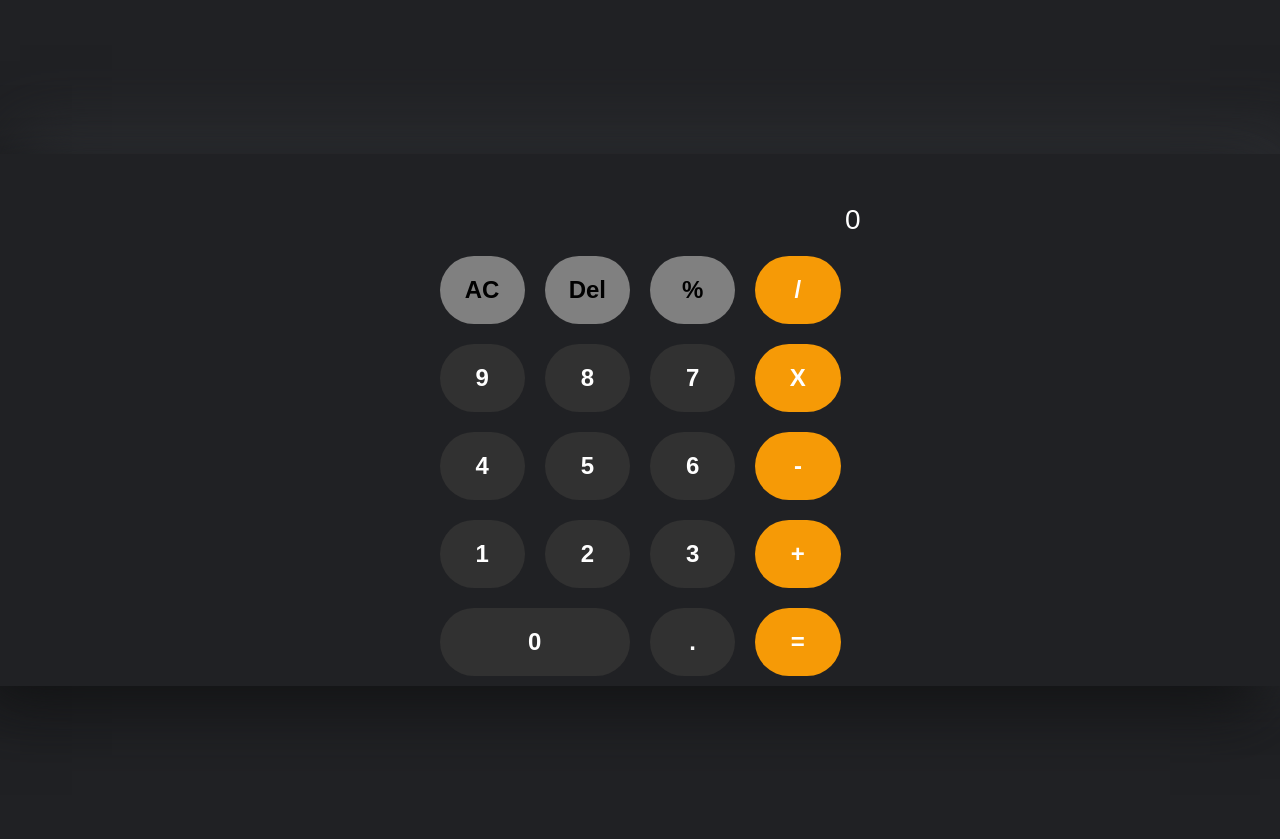
Repository: ble-syn/reactCalculator
Page: /
The author's editor kept a copy of each file at every save. The page is drawn from the files as they stood at one save, then again after the next save.
The browser window is 1280 px wide. The pictures show the whole page.
The project was rebuilt for these pictures with package versions that can differ from the ones it lists, and the page was loaded fresh each time.

Above is the page before, as saved 2022-10-06 22:23:30.

### src/index.css
*{
  margin: 0;
  box-sizing: border-box;
}

body{
  display: flex;
  justify-content: center;
  align-items: center;
  flex-direction: column;
  background-color: #202124;
  color: #fff;
  margin: 12% auto;
background: #202124;
box-shadow:  -20px 20px 60px #101112,
             20px -20px 60px #303236;
}
.container {
  max-width: 1200px;
  padding: 10px;
  background: #202124;
  box-shadow:  -20px 20px 60px #101112
             20px -20px 60px #303236;
}
#calculator-display {
  border: none;
  width: 100%;
  text-align: right;
  font-size: 28px;
  padding: 50px 10px 10px;
  margin: 0 20px;
  color: #fff;
  background-color: #202124;
}
#calculator-display:focus {
  outline: none;
}
#calculator-display::-webkit-input-placeholder {
  color: #fff;
}
.calculator-keys{
  display: grid;
  grid-template-columns: repeat(4, 1fr);
  grid-gap: 20px;
  margin: 10px;
}
button {
  padding: 20px 15px;
  display: grid;
  place-items: center;
  outline: none;
  border-radius: 50px;
  font-weight: 700;
  border: none;
  color: #fff;
  background-color: #313131;
  font-size: 24px;
  cursor: pointer;
}
button:focus {
  background-color: #D1D1D1;
}
.zero {
  grid-column: 1/3;
}
.gray {
  background-color: gray;
  color: #000;
}
.yellow {
  background-color: #F69A06;
}
.yellow:focus{
  background-color: #ffffff;
  color: #F69A06;
}

### src/App.js
import {useState} from "react";

function App() {
  const [numDisplay, setNumDisplay] = useState("")
  const operators = ["+", "-", "*", "/"]

const numClick = (event) => {
      event.preventDefault()

      let value = event.target.value
      setNumDisplay(numDisplay + value)
}


const deleteNum = () => {
  setNumDisplay(numDisplay.slice(0, -1))
}
const reset = () => {
  setNumDisplay("")
}
const percent = () => {
  setNumDisplay(numDisplay / 100)
}
const equals = () => {
  setNumDisplay(eval(numDisplay))
}

  return (
    <main id="container">
      <div class="calculator">
          <div><input id="calculator-display" type="text" placeholder="0" value={numDisplay} /></div>

          <div class="calculator-keys">
              <button onClick={reset} value=" " class="gray">AC</button>
              <button onClick={deleteNum} value="" class="gray">Del</button>
              <button onClick={percent} value="%" class="gray">%</button>
              <button onClick={numClick} value="/" class="yellow">/</button>
              <button onClick={numClick} value="9">9</button>
              <button onClick={numClick} value="8">8</button>
              <button onClick={numClick} value="7" >7</button>
              <button onClick={numClick} value="*" class="yellow">X</button>
              <button onClick={numClick} value="4">4</button>
              <button onClick={numClick} value="5">5</button>
              <button onClick={numClick} value="6">6</button>
              <button onClick={numClick} value="-" class= "yellow">-</button>
              <button onClick={numClick} value="1">1</button>
              <button onClick={numClick} value="2">2</button>
              <button onClick={numClick} value="3">3</button>
              <button onClick={numClick} value="+" class="yellow">+</button>
              <button onClick={numClick} value="0" class="zero" >0</button>
              <button onClick={numClick} value="." data-action="decimal">.</button>
              <button onClick={equals} value="=" class="yellow">=</button>
          </div>
      </div>
    </main>
  )
}

export default App;

Loaded but not shown: public/index.html (common file); src/index.js (common file); src/reportWebVitals.js (common file)

After the next save:
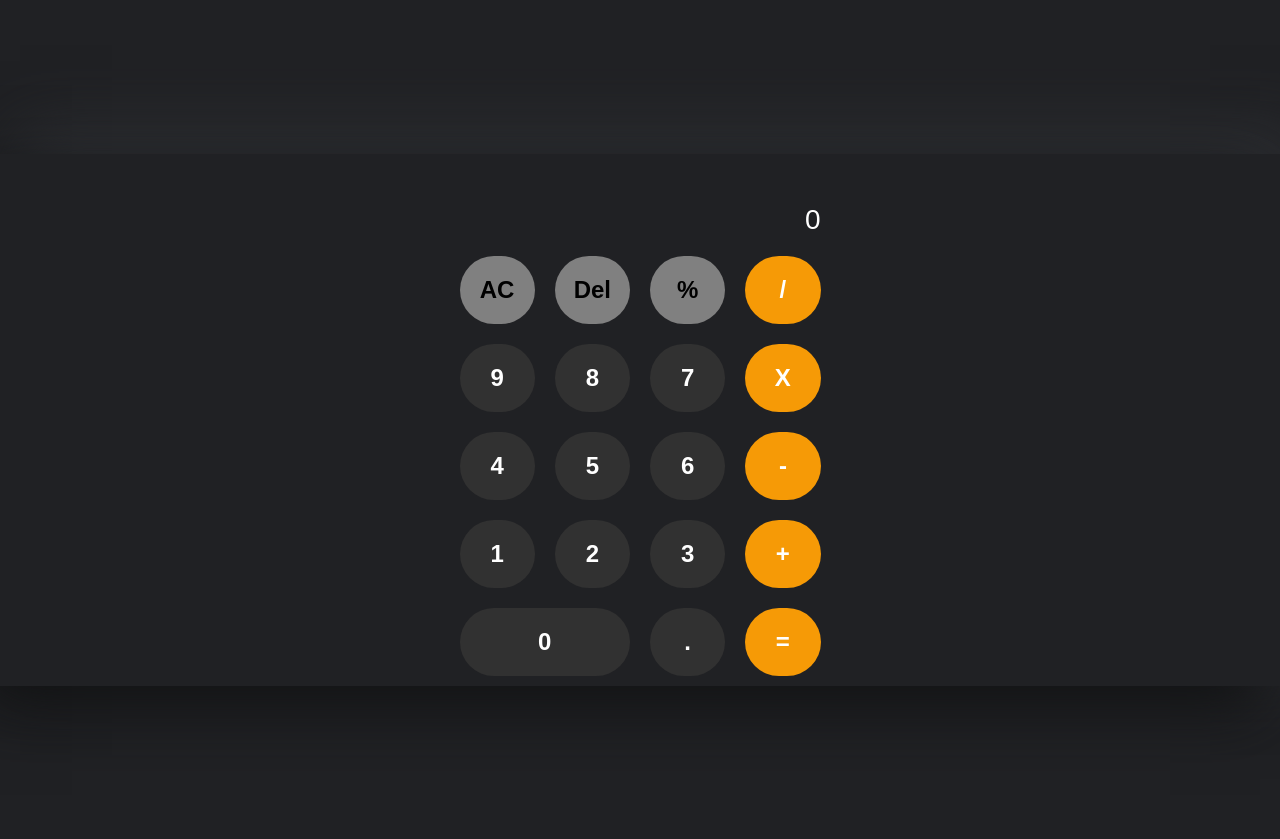
Saved 15 s later.
--- a/src/index.css
+++ b/src/index.css
@@ -28,7 +28,7 @@ box-shadow:  -20px 20px 60px #101112,
   text-align: right;
   font-size: 28px;
   padding: 50px 10px 10px;
-  margin: 0 20px;
+  right: 10px;
   color: #fff;
   background-color: #202124;
 }
